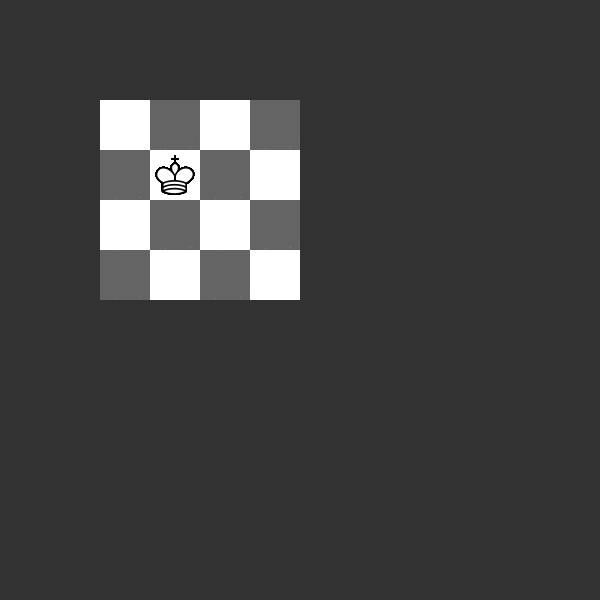
Repository: a-longe/capstone
Script's output: python engine/pygame_board.py
The author's editor kept a copy of each file at every save. The script's output is drawn from the files as they stood at one save, then again after the next save.
The window is shown after at most 60 frames with no key pressed. Random numbers start from a fixed seed. It also reads engine/images/bQ.png, engine/images/btile.png, engine/images/wK.png, engine/images/wtile.png.

Above is the script's output before, as saved 2023-11-25 16:24:09.

### engine/pygame_board.py
import pygame as pg
from my_utils import is_odd, column_letter_to_index
from os import path, environ
from sys import exit

WINDOW_WIDTH = 600
WINDOW_HEIGHT = 600

BOARD_SIZE = 4

BG_COLOR = (50, 50, 50)

a8, a7, a6, a5, a4, a3, a2, a1 = (100, 100), (100, 150), (100, 200), (100, 250), (100, 300), (100, 350), (100, 400), (100, 450)
b8, b7, b6, b5, b4, b3, b2, b1 = (150, 100), (150, 150), (150, 200), (150, 250), (150, 300), (150, 350), (150, 400), (150, 450)
c8, c7, c6, c5, c4, c3, c2, c1 = (200, 100), (200, 150), (200, 200), (200, 250), (200, 300), (200, 350), (200, 400), (200, 450)
d8, d7, d6, d5, d4, d3, d2, d1 = (250, 100), (250, 150), (250, 200), (250, 250), (250, 300), (250, 350), (250, 400), (250, 450)
e8, e7, e6, e5, e4, e3, e2, e1 = (300, 100), (300, 150), (300, 200), (300, 250), (300, 300), (300, 350), (300, 400), (300, 450)
f8, f7, f6, f5, f4, f3, f2, f1 = (350, 100), (350, 150), (350, 200), (350, 250), (350, 300), (350, 350), (350, 400), (350, 450)
g8, g7, g6, g5, g4, g3, g2, g1 = (400, 100), (400, 150), (400, 200), (400, 250), (400, 300), (400, 350), (400, 400), (400, 450)
h8, h7, h6, h5, h4, h3, h2, h1 = (450, 100), (450, 150), (450, 200), (450, 250), (450, 300), (450, 350), (450, 400), (450, 450)

BOARD_RECT = (
    (a8, b8, c8, d8, e8, f8, g8, h8),
    (a7, b7, c7, d7, e7, f7, g7, h7),
    (a6, b6, c6, d6, e6, f6, g6, h6),
    (a5, b5, c5, d5, e5, f5, g5, h5),
    (a4, b4, c4, d4, e4, f4, g4, h4),
    (a3, b3, c3, d3, e3, f3, g3, h3),
    (a2, b2, c2, d2, e2, f2, g2, h2),
    (a1, b1, c1, d1, e1, f1, g1, h1)
)


IMAGE_DIR = path.join(path.dirname(path.abspath(__file__)), 'images')

w_tile_img = pg.image.load(path.join(IMAGE_DIR, 'wtile.png'))
b_tile_img = pg.image.load(path.join(IMAGE_DIR, 'btile.png'))

fps = pg.time.Clock()

def get_piece_img(glyph:str) -> pg.Surface:
    if glyph.isupper():
        color = 'w'
    else:
        color = 'b'
    piece_type = glyph.upper()
    return pg.image.load(path.join(IMAGE_DIR, f"{color}{piece_type}.png"))

def create_checkerboard() -> pg.Surface:
    checkerboard = pg.display.set_mode((WINDOW_WIDTH, WINDOW_HEIGHT))
    checkerboard.fill(BG_COLOR)
    for i in range(1, BOARD_SIZE + 1):
        for j in range(1, BOARD_SIZE + 1):
            if is_odd(i):
                if is_odd(j):
                    checkerboard.blit(w_tile_img, BOARD_RECT[i - 1][j - 1])
                else:
                    checkerboard.blit(b_tile_img, BOARD_RECT[i - 1][j - 1])
            elif not is_odd(i):
                if is_odd(j):
                    checkerboard.blit(b_tile_img, BOARD_RECT[i - 1][j - 1])
                else:
                    checkerboard.blit(w_tile_img, BOARD_RECT[i - 1][j - 1])
    return checkerboard

def display_piece(surface:pg.Surface, glyph:str, position:str) -> None:
    column, row = position[0], int(position[1])
    board_rect_row_index = 8 - row
    board_rect_column_index = column_letter_to_index[column]
    coordinates = BOARD_RECT[board_rect_row_index][board_rect_column_index]
    piece_img = get_piece_img(glyph)
    surface.blit(piece_img, coordinates)


def get_mouse_pos() -> tuple[int, int]:
    return pg.mouse.get_pos()

def terminate():
    pg.quit()
    exit()


def check_for_quit():
    for _ in pg.event.get(pg.QUIT): # rust am i right
        terminate()
    for event in pg.event.get(pg.KEYUP):
        if event.key == pg.K_ESCAPE:
            terminate()
        pg.event.post(event)


if __name__ == '__main__':
    environ['SDL_VIDEO_CENTERED'] = '1'
    pg.init()
    checkerboard = create_checkerboard()
    display_piece(checkerboard, 'K', 'b7')
    while True:
        if pg.mouse.get_pressed()[2]:
            print(get_mouse_pos())
            display_piece(checkerboard, 'q', 'b6')
        display_piece(checkerboard, 'K', 'b7')

        check_for_quit()
        pg.display.update()
        fps.tick()

### engine/my_utils.py
row_index_to_legend = {
	0:8,
	1:7,
	2:6,
	3:5,
	4:4,
	5:3,
	6:2,
	7:1
}

row_legend_to_index = {v:k for (k,v) in row_index_to_legend.items()}

column_index_to_letter = {
	0: 'a',
	1: 'b',
	2: 'c',
	3: 'd',
	4: 'e',
	5: 'f',
	6: 'g',
	7: 'h'
}

column_letter_to_index = {v:k for (k, v) in column_index_to_letter.items()}

def is_odd(num:int) -> bool:
    return num % 2 != 0

After the next save:
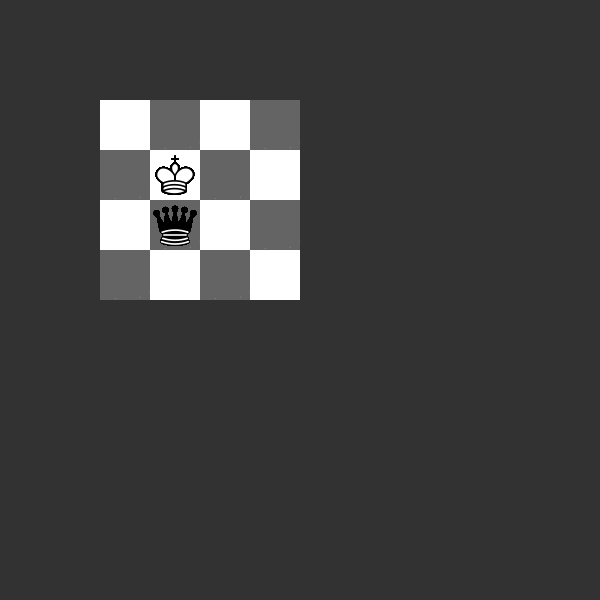
Saved 58 s later.
--- a/engine/pygame_board.py
+++ b/engine/pygame_board.py
@@ -95,7 +95,8 @@
     checkerboard = create_checkerboard()
     display_piece(checkerboard, 'K', 'b7')
     while True:
-        if pg.mouse.get_pressed()[2]:
+        print(pg.mouse.get_pressed)
+        if pg.mouse.get_pressed():
             print(get_mouse_pos())
             display_piece(checkerboard, 'q', 'b6')
         display_piece(checkerboard, 'K', 'b7')

After the 3 saves that followed:
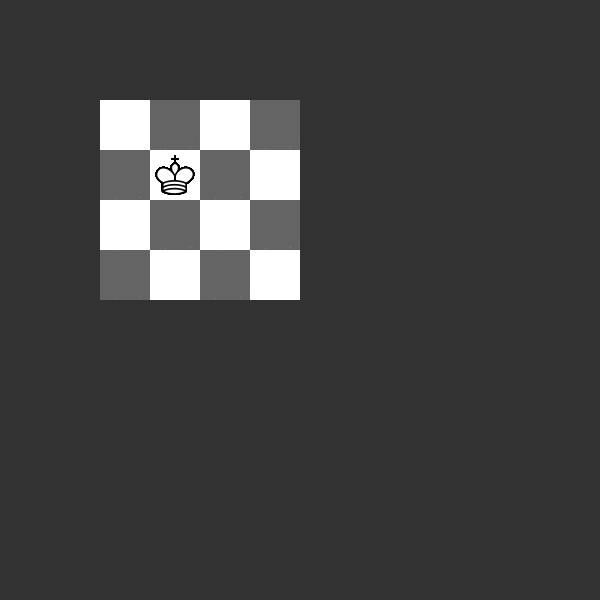
The 3 saves are shown as one change because 2 left the picture as it was.
The last was saved 67 s later.
--- a/engine/pygame_board.py
+++ b/engine/pygame_board.py
@@ -95,8 +95,7 @@
     checkerboard = create_checkerboard()
     display_piece(checkerboard, 'K', 'b7')
     while True:
-        print(pg.mouse.get_pressed)
-        if pg.mouse.get_pressed():
+        if pg.mouse.get_pressed()[0]:
             print(get_mouse_pos())
             display_piece(checkerboard, 'q', 'b6')
         display_piece(checkerboard, 'K', 'b7')
